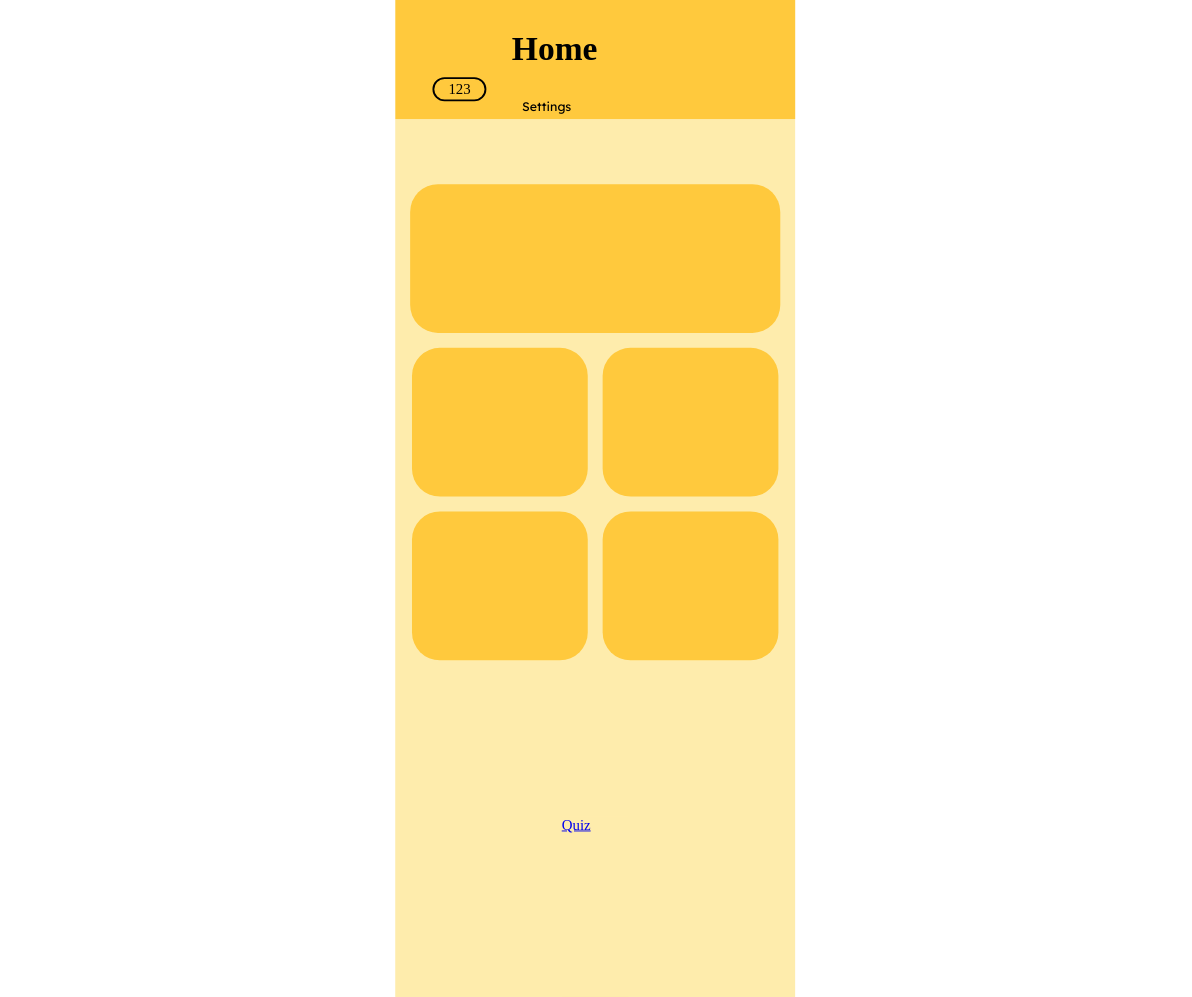
Repository: kellyzyhuang/HiveFive
Page: /
The author's editor kept a copy of each file at every save. The page is drawn from the files as they stood at one save, then again after the next save.
The browser window is 1280 px wide. The page is 1282 px wide, so the pictures cover 1282 px, including what lies to the right of the window. The pictures show the whole page, at 93% of full size.
Some web fonts or font styles are not loaded; a fallback is used. The project was rebuilt for these pictures with package versions that can differ from the ones it lists, and the page was loaded fresh each time. The framework's server and built-in components were replaced by stand-ins that run in the browser. Also part of the build but not shown: next.config.js.

Above is the page before, as saved 2024-04-07 19:41:24.

### pages/index.js
import Head from 'next/head'
import Image from 'next/image'
import styles from '@/styles/Home.module.css'
import Header from '@/components/Header';
import NavBar from '@/components/NavBar';
export default function Home() {
  return (
    <>
      <Head>
        <title>Hive Five</title>
        <meta name="description" content="Save the bees one question at a time" />
        <meta name="viewport" content="width=device-width, initial-scale=1" />
        <link rel="icon" href="/favicon.ico" />
        <link rel="preconnect" href="https://fonts.googleapis.com"/>
        <link rel="preconnect" href="https://fonts.gstatic.com" crossorigin/>
        <link href="https://fonts.googleapis.com/css2?family=Besley:ital,wght@0,400..900;1,400..900&family=Lexend:wght@100..900&display=swap" rel="stylesheet"></link>
      </Head>
      <main className={styles.main}>
        <div className={styles.screen}>
          <Header title="Home"/>
          <div className={styles.buffer}></div>
            <img/>
            <div className={styles.activityGraph}></div>
            <div className={styles.gallery}>
              <div className={styles.item}></div>
              <div className={styles.item}></div>
              <div className={styles.item}></div>
              <div className={styles.item}></div>
            </div>
            <NavBar className={styles.nav}/>
        </div>
      </main>
    </>
  )
}

### styles/globals.css
:root {
  --secondary-color: #FEECAC;
  --accent-color: #FFC93D;
  --tertiary-color: #4D6A58;
  --black-text: #0000;
  --incorrect: #851313;
  --correct: #1E3E19;
  --shadow: #D5D1A7;
}

### styles/Home.module.css
.main {
  display: flex;
  justify-content: center;
  background-color: var(--black-text);
  min-height: 100vh;
  margin: -10px;
}

.screen {
  width: 430px;
  height: 100%;
  background-color: var(--secondary-color);
  display: flex;
  justify-content: center;
  flex-wrap: wrap;
}

.buffer{
  height: 10rem;
  width: 100%;
}

.screen img {
  background-color: var(--accent-color);
  width: 100%;
  border-radius: 30px;
  margin: 1rem;
}

.activityGraph {
  width: 100%;
  border-radius: 30px;
  height: 10rem;
  background-color: var(--accent-color);
  margin: 0.5rem 1rem;
}

.gallery {
  display: flex;
  flex-wrap: wrap;
  justify-content: center;
  width: 100%;
  margin-bottom: 10rem;
}

.item {
  width: 44%;
  height: 10rem;
  background-color: var(--accent-color);
  border-radius: 30px;
  margin: 0.5rem;
}

.nav {
  background-color: var(--accent-color);
  height: 9rem;
  width: 430px;
  position: fixed;
  bottom: 0;
  z-index: 1000;
}

### components/Header/index.js
import styles from './Header.module.css';
import Image from 'next/image';
import Link from 'next/link';

export default function Header({ title }) {
  return(
    <header className={styles.header}>
      {/* <Image src="/images/bee.png" alt="bee icon" width={1} height={1}/>  */}
      {/* exit button will be here */}
      <ul className={styles.list}>
        <li className={styles.listItem}>
          <div className={styles.counter}>123</div>
        </li>
        <li className={styles.listItem}>
          <h1 className={styles.pageTitle}>{title}</h1>
        </li>
        <li className={styles.listItem}>
          <button className={styles.settings}><Link href="/Settings"><Image className={styles.settingsImg}/>Settings</Link></button>
        </li>
      </ul>
    </header>
  )
}

### components/NavBar/index.js
import styles from "./NavBar.module.css";
import Images from "next/Images";

export default function NavBar(){
    return(
        <nav className={styles.navBar}>
            <a href={"/"}>Quiz</a> {/* will change to icon*/}
            <div className={styles.navMenu}>{/* will add */}
            <ul className={styles.navList}>
                <li className={styles.activity}>
                    <a href={"/"}>
                        <img/>
                        <span className={styles.label}></span>
                    </a>
                </li>
                <li className={styles.learnMore}>
                    <a href={"/"}>
                        <img/>
                        <span className={styles.label}></span>
                    </a>
                </li>
                <li className={styles.settings}>
                    <a href="/">
                        <img/>
                        <span className={styles.label}></span>
                    </a>
                </li>
                <li className={styles.home}>
                    <a href={"/"}>
                        <img/>
                        <span className={styles.label}></span>
                    </a>
                </li>
            </ul>
            </div>
        </nav>
    )
}

### components/Header/Header.module.css
.header {
  background-color: var(--accent-color);
  height: 8rem;
  width: 430px;
  position: fixed;
  top: 0;
  z-index: 1000;
  display: flex;
}

.list {
  list-style-type: none;
  display: flex;
  justify-content: space-between;
  align-items: center;
}

.pageTitle {
  font-size: 2.25rem;
  width: 100%;
  margin-right: 20rem;
  position: fixed;
  top: 1%;
  left: 43%;
  font-family: 'Besley', serif;
}

.counter {
  border: 2px solid black;
  width: 3rem;
  height: 1rem;
  padding: 0.2rem;
  margin-right: 4rem;
  border-radius: 20px;
  background-color: none;
  display: flex;
  justify-content: center;
  align-items: center;
  margin-top: 4rem;
}

.settings {
  transform: translate(-2rem);
  margin-top: 4rem;
  margin-right: 15rem;
  background-color: inherit;
  border: none;
  font-family: 'Lexend', sans-serif;
}

.settings a{
  color: black;
  text-decoration: none;
}

### components/NavBar/NavBar.module.css
.navBar{
    background-color: var(--secondary-color);
    color: var(--black-text);
}

Loaded but not shown: pages/_app.js (common file); pages/_document.js (common file)

After the next save:
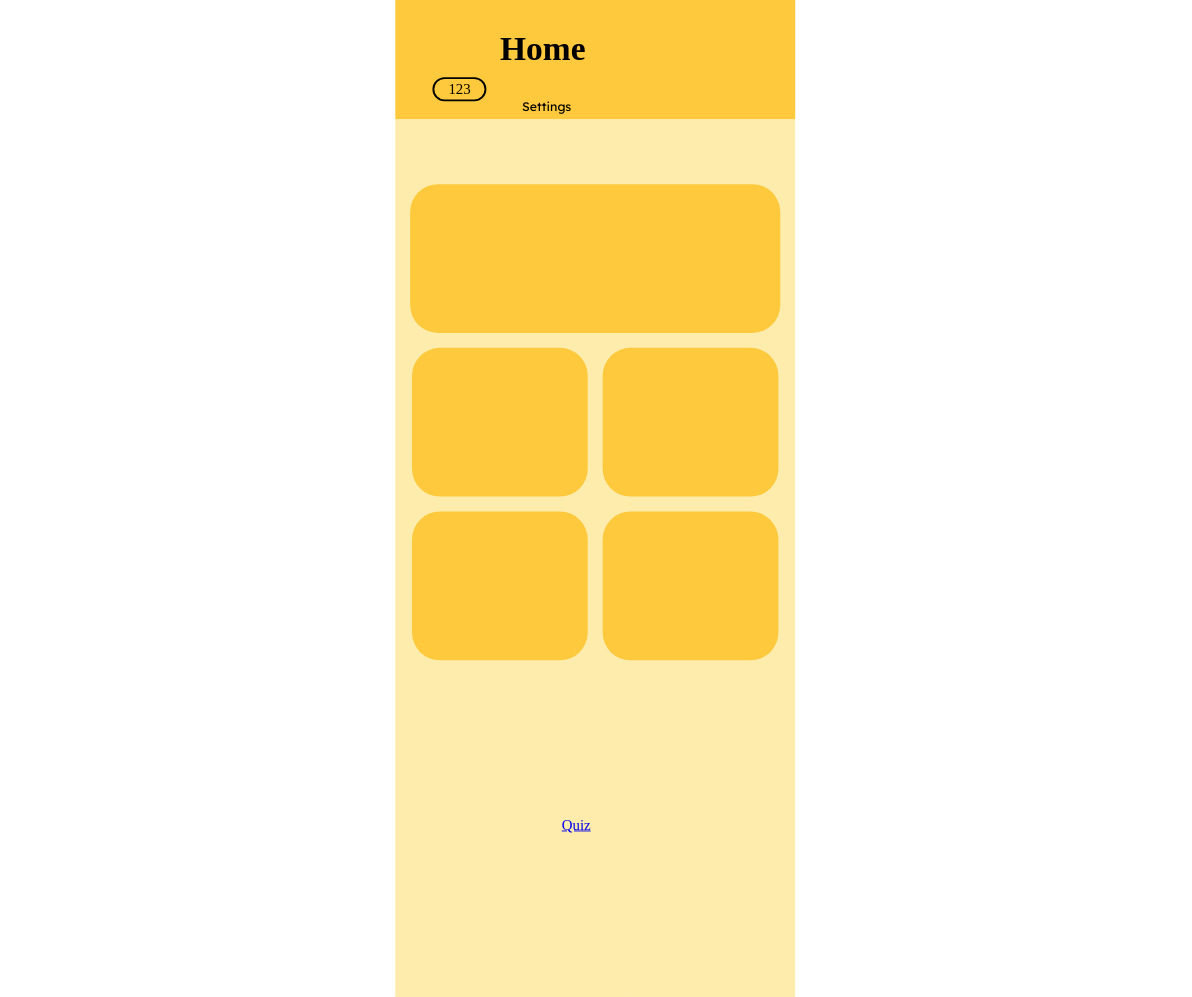
Saved 18 s later.
--- a/components/Header/Header.module.css
+++ b/components/Header/Header.module.css
@@ -18,10 +18,9 @@
 .pageTitle {
   font-size: 2.25rem;
   width: 100%;
-  margin-right: 20rem;
   position: fixed;
   top: 1%;
-  left: 43%;
+  left: 42%;
   font-family: 'Besley', serif;
 }
 
